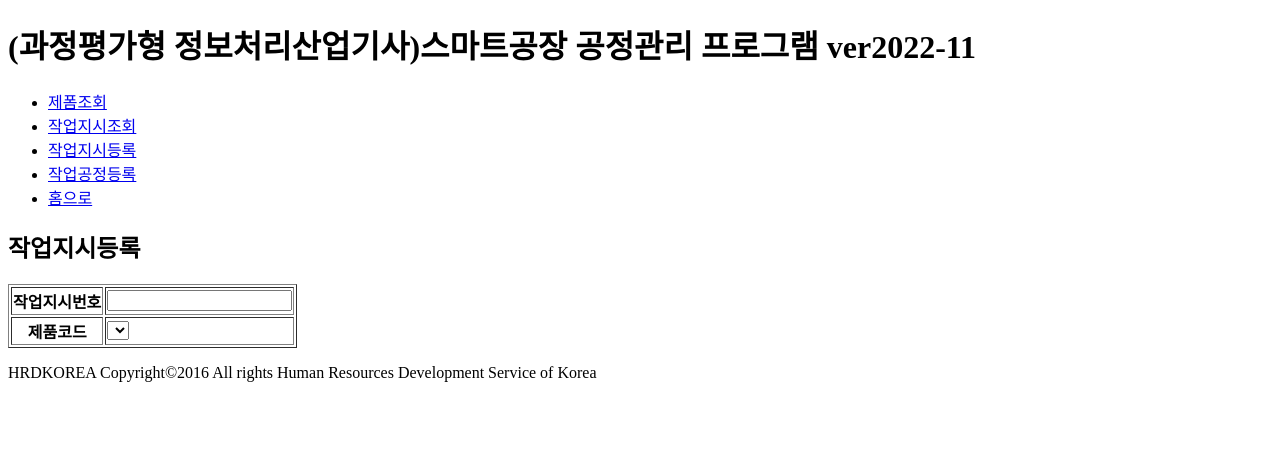
Repository: anakyn01/exam
Page: http://localhost/smart_5/sub2_1.jsp
The author's editor kept a copy of each file at every save. The page is drawn from the files as they stood at one save, then again after the next save.
The browser window is 1280 px wide. The pictures show the whole page.
The page is served by Tomcat 9. Other server files are loaded and not shown.

Above is the page before, as saved 2025-01-06 07:19:49.

### smart_5/src/main/webapp/sub2_1.jsp
<%@ page language="java" contentType="text/html; charset=UTF-8"
    pageEncoding="UTF-8"%>
<jsp:include page="include/header.jsp"/>

<section>
<h2>작업지시등록</h2>
<table border=1>
<tr>
	<th>작업지시번호</th>
		<td>
		<input type="text" name="w_workno">
	</td>
</tr>
<tr>
	<th>제품코드</th>
	<td>
		<select name="">
		<option value=""></option>
		</select>
	</td>
</tr>
</table>
</section>

<jsp:include page="include/footer.jsp"/>

### smart_5/src/main/webapp/include/header.jsp
<%@ page language="java" contentType="text/html; charset=UTF-8"
    pageEncoding="UTF-8"%>
<!DOCTYPE html>
<html>
<head>
<meta charset="UTF-8">
<title>스마트 공정관리 프로그램</title>
<link rel="stylesheet" href="css/style.css"/>
</head>
<body>
<header>
<h1>(과정평가형 정보처리산업기사)스마트공장 공정관리 프로그램 ver2022-11</h1>
</header>
<nav>
<ul>
<li><a href="sub1.jsp">제폼조회</a></li>
<li><a href="sub2.jsp">작업지시조회</a></li>
<li><a href="sub3.jsp">작업지시등록</a></li>
<li><a href="sub4.jsp">작업공정등록</a></li>
<li><a href="index.jsp">홈으로</a></li>
</ul>
</nav>

### smart_5/src/main/webapp/include/footer.jsp
<%@ page language="java" contentType="text/html; charset=UTF-8"
    pageEncoding="UTF-8"%>
<footer>
<p>HRDKOREA Copyright&copy;2016 All rights Human Resources Development Service of Korea</p>
</footer>
</body>
</html>

Loaded but not shown: smart_5/src/main/webapp/css/style.css (common file)

After the next save:
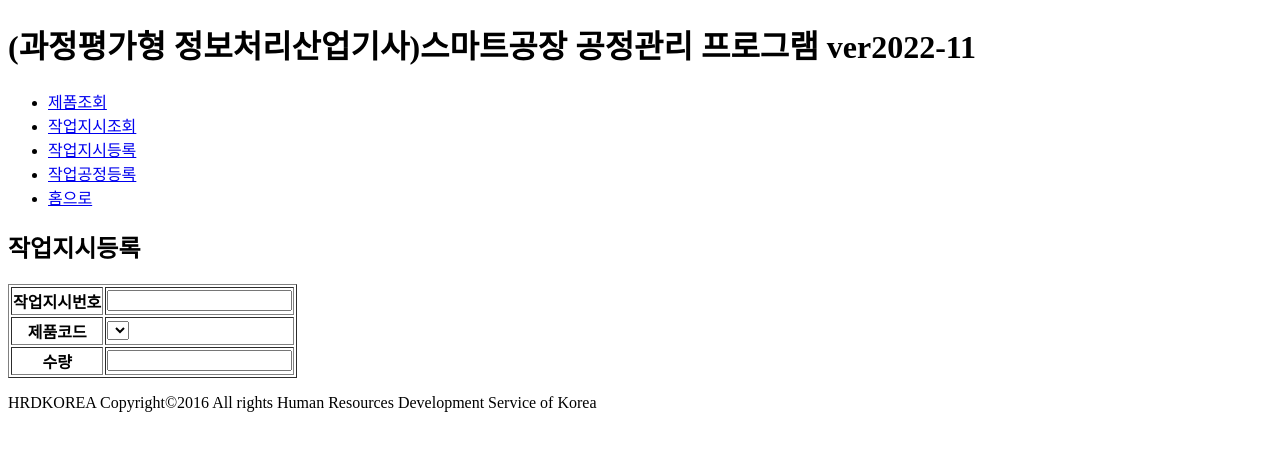
Saved 13 s later.
--- a/smart_5/src/main/webapp/sub2_1.jsp
+++ b/smart_5/src/main/webapp/sub2_1.jsp
@@ -19,6 +19,12 @@
 		</select>
 	</td>
 </tr>
+<tr>
+	<th>수량</th>
+		<td>
+		<input type="text" name="w_workno">
+	</td>
+</tr>
 </table>
 </section>
 
